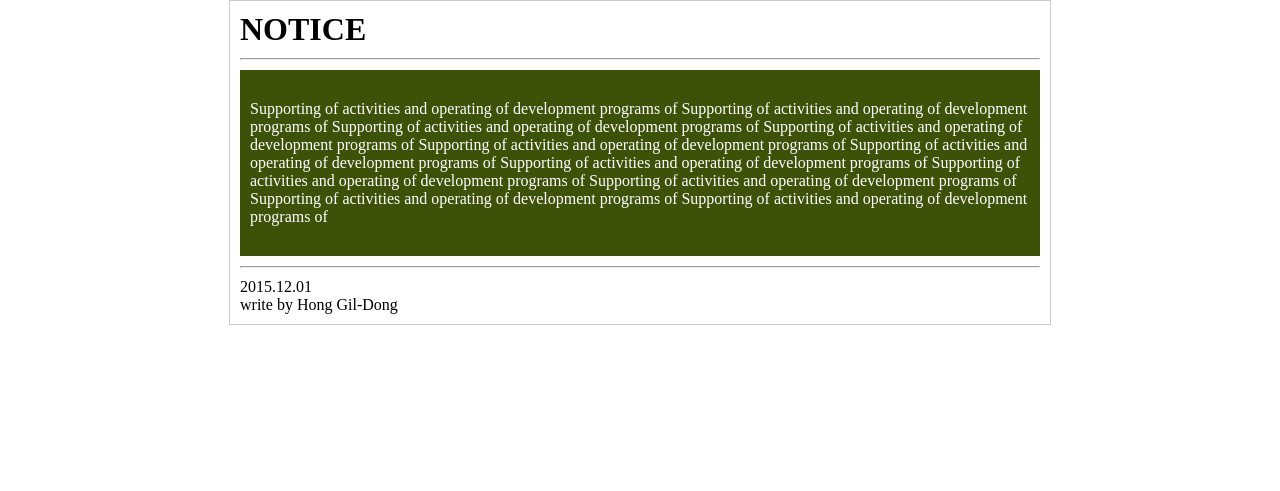
Repository: luna2222/web
Page: 01HTML5/WebContent/[13강]CSS규칙/13_02_02media2.html
These files come from the project's save history. The page is drawn as it stood at one moment and after the next save; the edit follows.
The browser window is 1280 px wide. The pictures show the whole page.

Above is the page before, as saved 2019-02-21 11:42:23.

### 01HTML5/WebContent/[13강]CSS규칙/13_02_02media2.html
<!DOCTYPE html>
<html>
<head>
<meta charset="UTF-8">
<title>media 2</title>
	<style>
	   @media screen{
	   	#wrap .content{ background-color: #3d5208; color: white; padding: 30px 10px;}
	   	}
	   @media print{
	     #wrap .content{ color: #272727; padding: 30px 10px;}
	     }
	     *{ margin: 0; padding: 0;}
	     #wrap{ width: 800px; margin: 0 auto; border:1px solid #cccccc; padding: 10px;}
	     hr{ margin: 10px 0;}
	</style>
</head>
<body>
	<div id="wrap">
	<div class="title">
		<h1>NOTICE</h1>
		</div>
		<hr/>
		<div class="content">
		<p>Supporting of activities and operating of development programs of
		 Supporting of activities and operating of development programs of
		 Supporting of activities and operating of development programs of
		 Supporting of activities and operating of development programs of
		 Supporting of activities and operating of development programs of
		 Supporting of activities and operating of development programs of
		 Supporting of activities and operating of development programs of
		 Supporting of activities and operating of development programs of
		 Supporting of activities and operating of development programs of
		 Supporting of activities and operating of development programs of
		 Supporting of activities and operating of development programs of
		 </p>
	 </div>
	<hr/>
		 <div class="date">
		    <p>2015.12.01<br/> write by Hong Gil-Dong</p>
		 </div>
	 </div>
</body>
</html>

### 01HTML5/WebContent/[13강]CSS규칙/title.css
#wrap .title{
	text-align: center;height: 100px;line-height: 100px;text-decoration: underline;
}

### 01HTML5/WebContent/[13강]CSS규칙/date.css
#wrap .date{height: 70px; padding-top: 30px; text-align:center; }

After the next save:
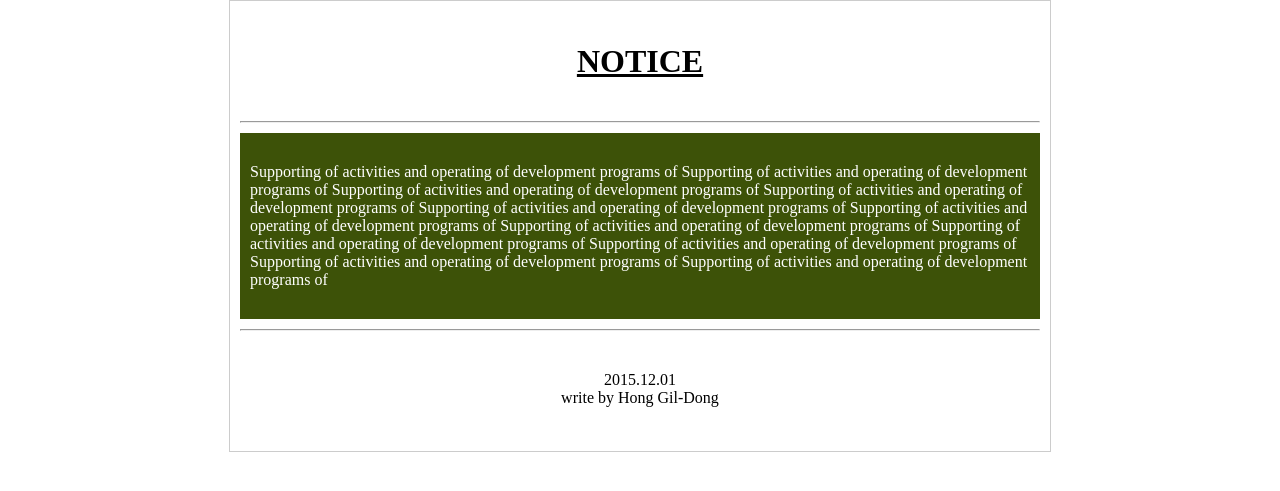
Saved 3 min 58 s later.
--- a/01HTML5/WebContent/[13강]CSS규칙/13_02_02media2.html
+++ b/01HTML5/WebContent/[13강]CSS규칙/13_02_02media2.html
@@ -14,6 +14,8 @@
 	     #wrap{ width: 800px; margin: 0 auto; border:1px solid #cccccc; padding: 10px;}
 	     hr{ margin: 10px 0;}
 	</style>
+	<link rel="stylesheet" href="title.css"/>
+	<link rel="stylesheet" href="date.css"/>
 </head>
 <body>
 	<div id="wrap">
